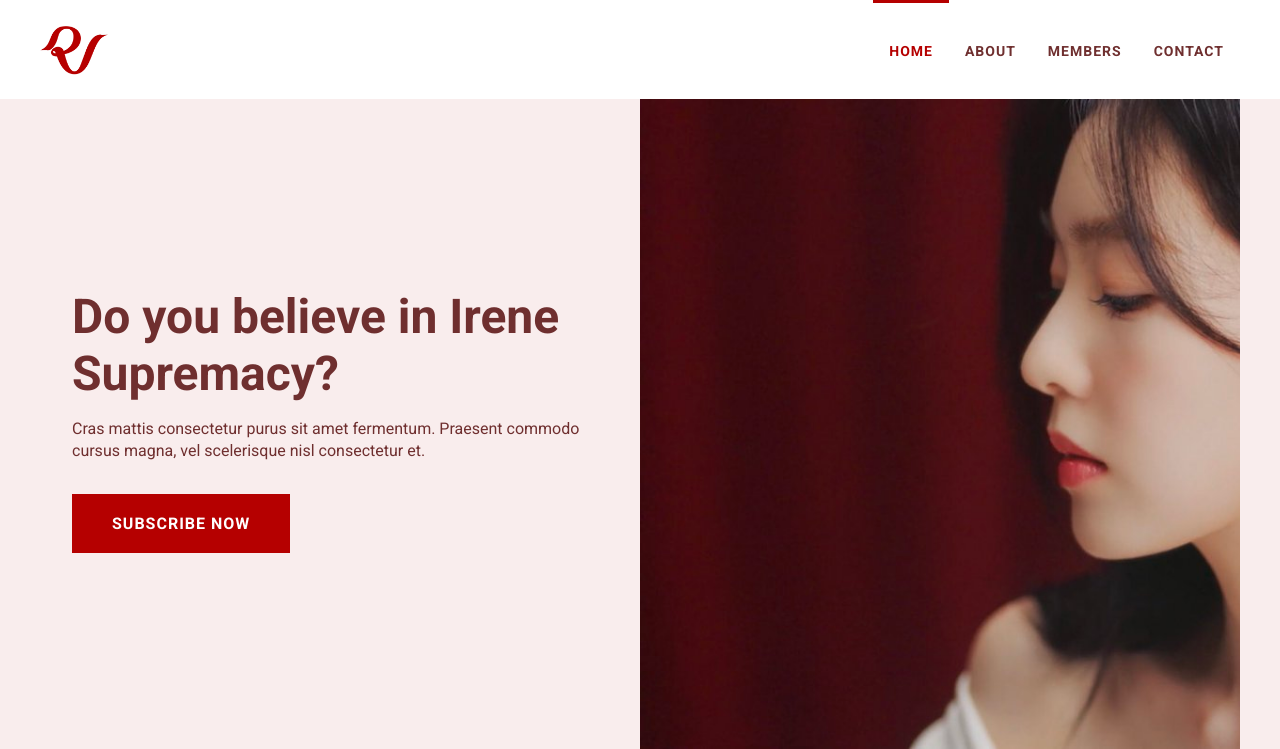
Repository: stillnotdavid/eternity-university
Page: app/index.html
An editor plug-in stored every save of this project. The page is shown before and after the next save, followed by the edit.
The browser window is 1280 px wide. The pictures show the whole page.
The style sheet was rebuilt from its Sass, Less or Tailwind sources for each picture, by a compiler version that may differ from the author's.

Above is the page before, as saved 2021-12-03 23:35:33.

After the next save:
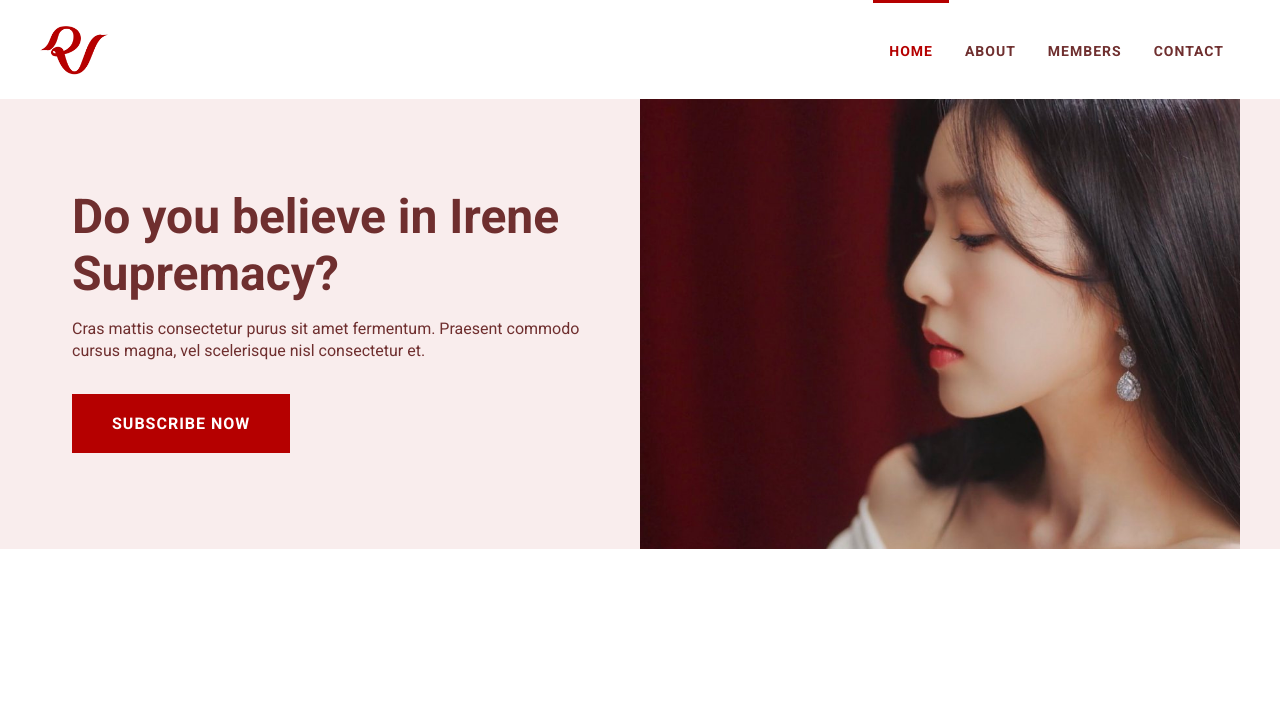
Saved 4 s later.
--- a/app/styles/components/_hero.scss
+++ b/app/styles/components/_hero.scss
@@ -1,4 +1,4 @@
-$_hero-height: 650px;
+$_hero-height: 450px;
 
 .hero {
   height: $_hero-height;
